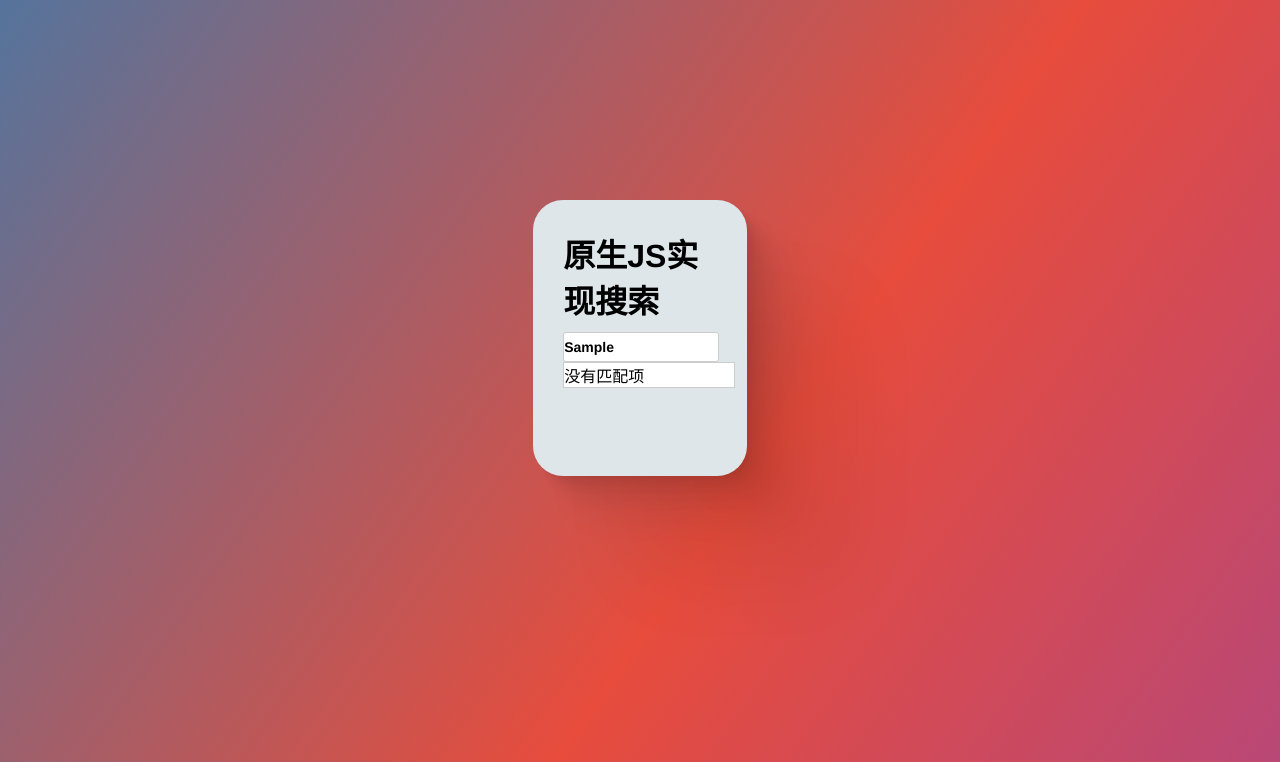
Repository: bigzheng11/selectWork
Page: 原生JS实现/原生JS实现.html
These files come from the project's save history. The page is drawn as it stood at one moment and after the next save; the edit follows.
The browser window is 1280 px wide. The pictures show the whole page.
Empty fields were first filled with sample values (such as "Sample", 5 or name@example.com).
After loading, the first visible `#myInput` was changed once.

Above is the page before, as saved 2022-10-25 10:43:10.

After the next save:
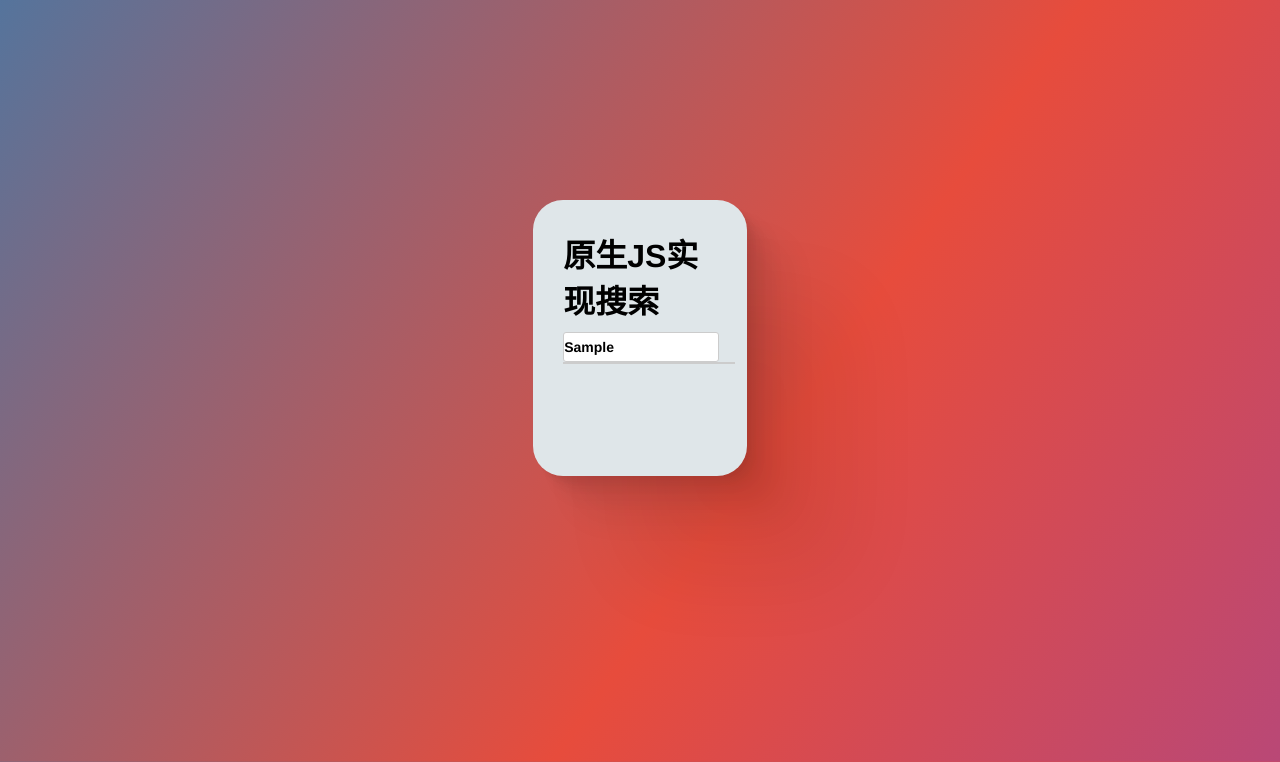
Saved 39 s later.
--- a/原生JS实现/原生JS实现.html
+++ b/原生JS实现/原生JS实现.html
@@ -140,7 +140,7 @@
                     }
                     if (temp == 0) {
                         console.log("没有匹配项");
-                        nothing.style.display = "";
+                        nothing.style.display = "none";
                         temp = 0;
                     }
                 }

After the save that followed:
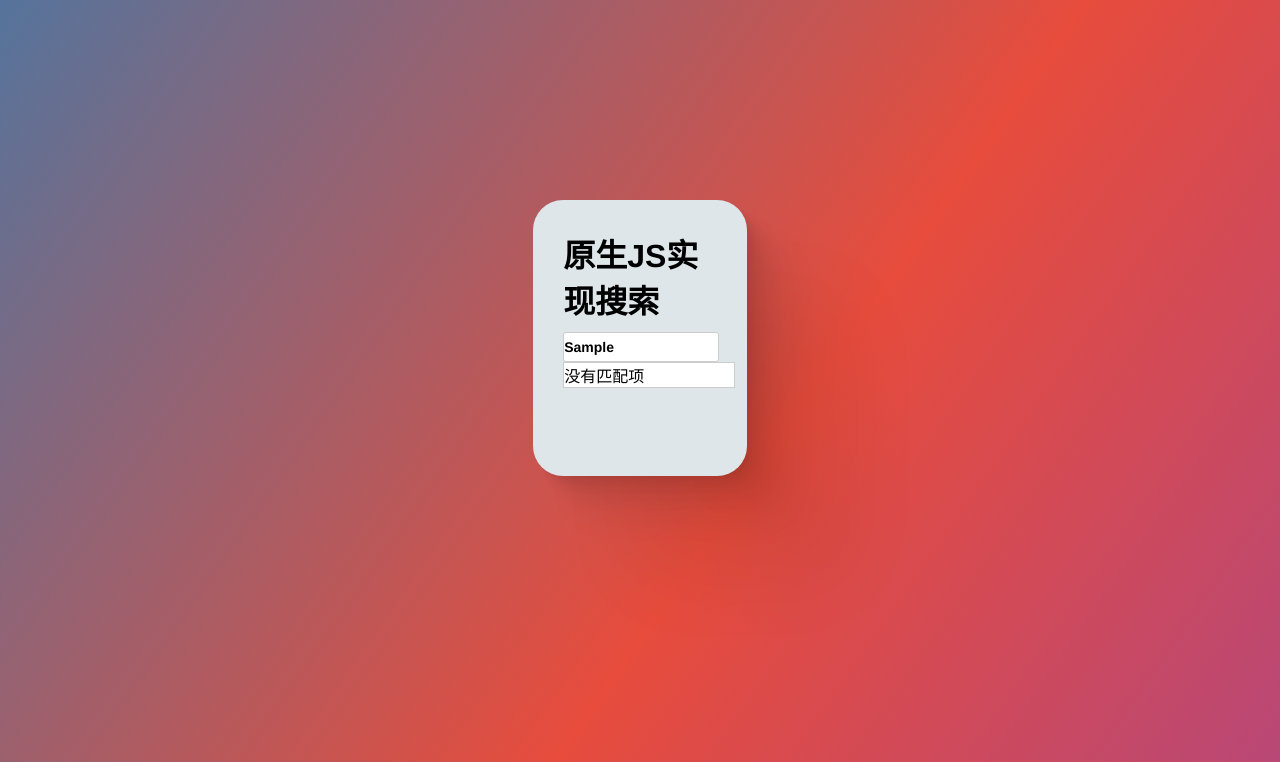
Saved 8 s later.
--- a/原生JS实现/原生JS实现.html
+++ b/原生JS实现/原生JS实现.html
@@ -140,7 +140,7 @@
                     }
                     if (temp == 0) {
                         console.log("没有匹配项");
-                        nothing.style.display = "none";
+                        nothing.style.display = "";
                         temp = 0;
                     }
                 }
